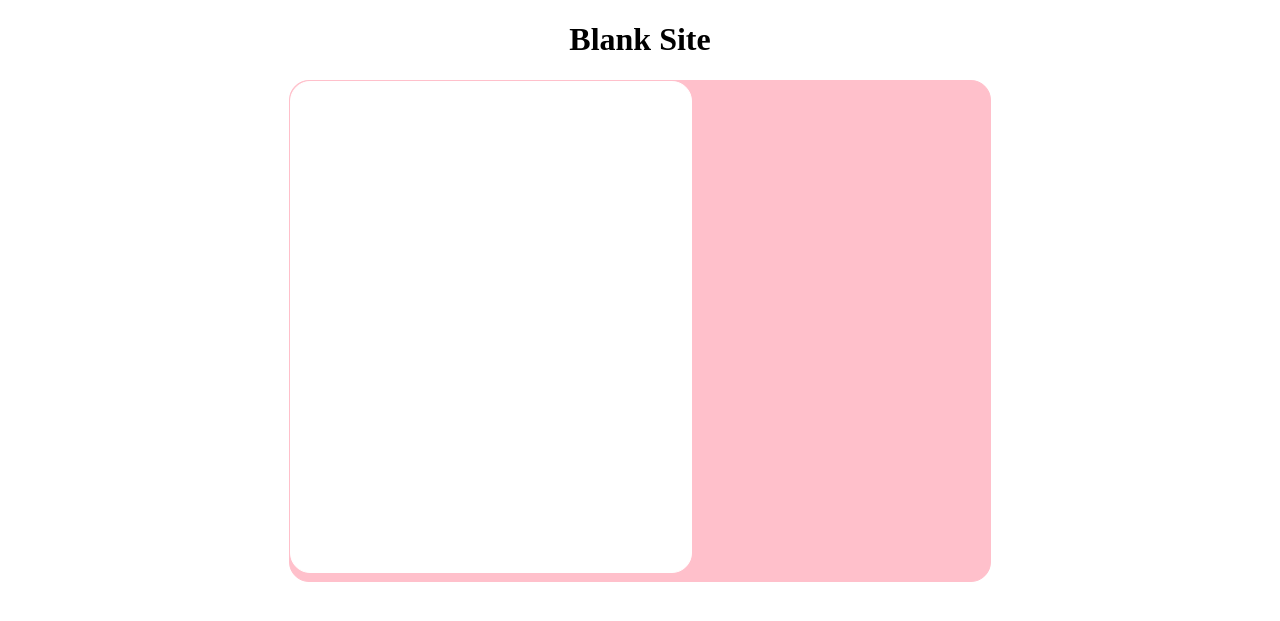
Repository: yhung004/Blank_Project
Page: index.html
An editor plug-in stored every save of this project. The page is shown before and after the next save, followed by the edit.
The browser window is 1280 px wide. The pictures show the whole page.

Above is the page before, as saved 2024-04-04 02:33:36.

After the next save:
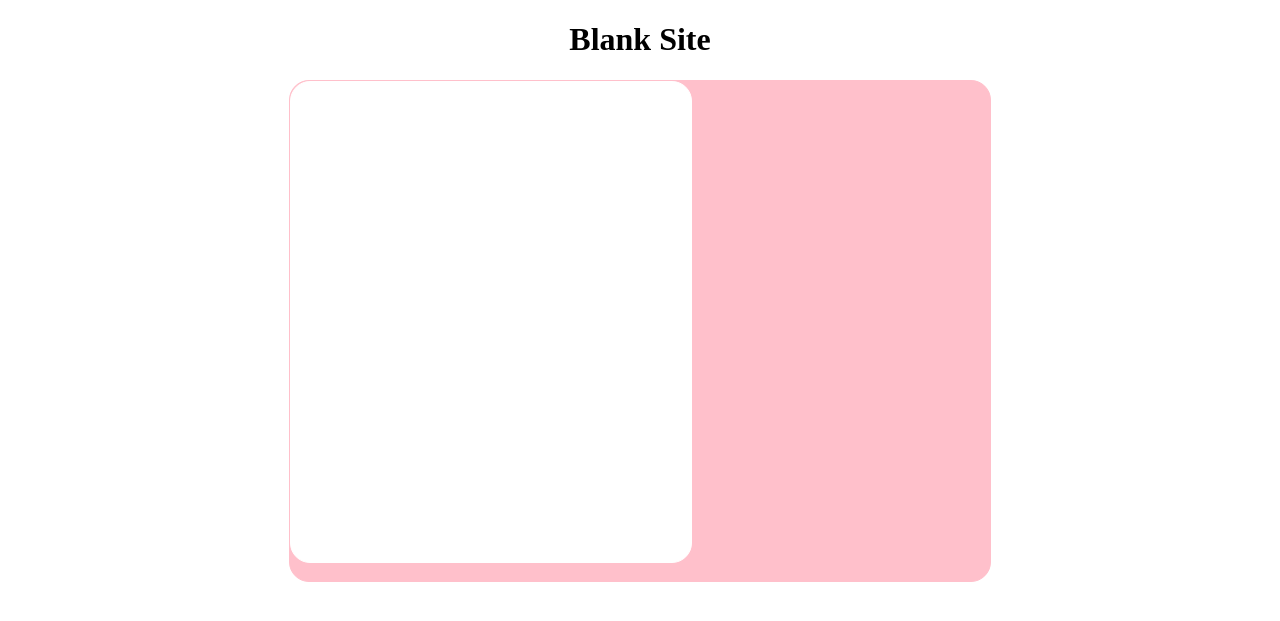
Saved 9 s later.
--- a/index.css
+++ b/index.css
@@ -12,7 +12,7 @@
 .container {
     background-color:white;
     width:400px;
-    height: 490px;
+    height: 480px;
     border :1px solid white;
     border-radius: 20px;
 }
